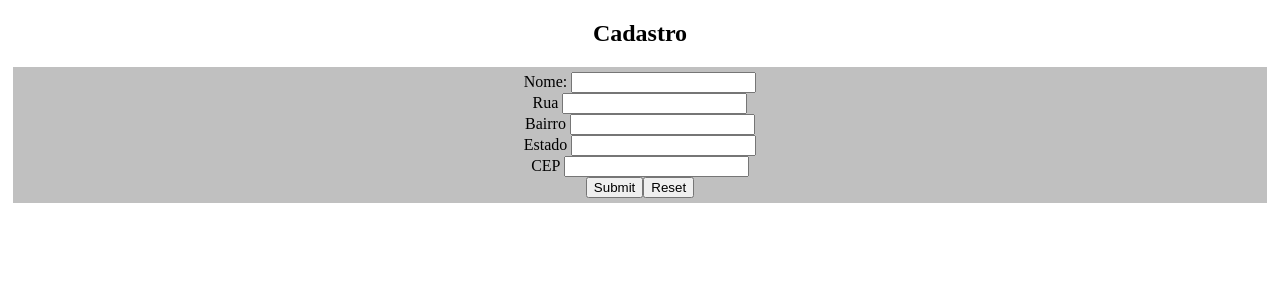
Repository: ViniciusyLima/SpringToolSuite4
Page: http://localhost/aula05/Cadastro.jsp
The author's editor kept a copy of each file at every save. The page is drawn from the files as they stood at one save, then again after the next save.
The browser window is 1280 px wide. The pictures show the whole page.
The page is served by Tomcat 9.

Above is the page before, as saved 2023-09-06 12:22:16.

### aula05/src/main/webapp/Cadastro.jsp
<%@ page language="java" contentType="text/html; charset=ISO-8859-1"
    pageEncoding="UTF-8"%>
<!DOCTYPE html>
<html>
<head>
<meta charset="UTF-8">
<title>CADASTRO</title>
</head>
<link rel= stylesheet type= text/css href=Style.css>
<body>
<h2>Cadastro</h2>
	<div  class="texto">
	<form action="lista.jsp">
	<label>Nome:</label>
	<input type="text" name="nome" id="nome">
	<br>
	<label>Rua</label>
	<input type="text" name="rua" id="rua">
	<br>
	<label>Bairro</label>
	<input type="text" name="bairro" id="bairro">
	<br>
	<label>Estado</label>
	<input type="text" name="estado" id="estado">
	<br>
	<label>CEP</label>
	<input type="text" name="cep" id="cep">
	<br>
	<input type="submit"><input type="reset">
	</form>
	</div>
</body>
</html>

### aula05/src/main/webapp/Style.css
@charset "UTF-8";

.texto {
	display: block;
	flex-direction: column;
	text-align: center;
	align-items: center;
	background-color: rgb(192, 192, 192);
	padding: 5px;
	margin: 5px;
}

h2 {
	text-align: center;
	text-shadow: 10px 10px 10px white;
}

After the next save:
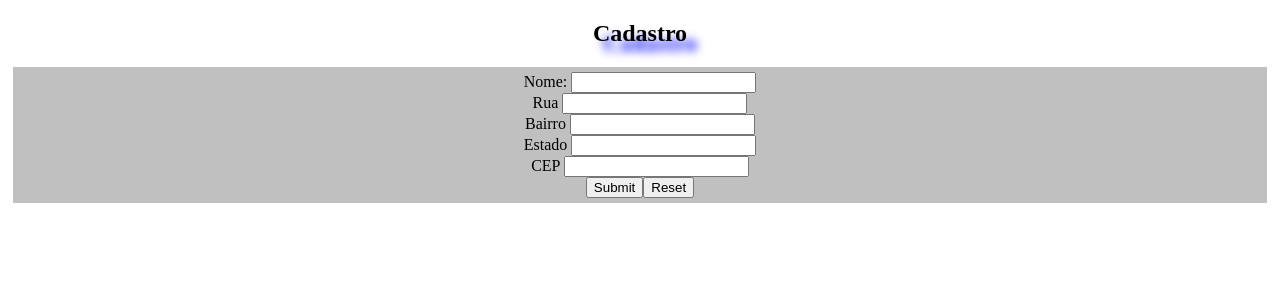
Saved 19 s later.
--- a/aula05/src/main/webapp/Style.css
+++ b/aula05/src/main/webapp/Style.css
@@ -12,5 +12,5 @@
 
 h2 {
 	text-align: center;
-	text-shadow: 10px 10px 10px white;
+	text-shadow: 10px 10px 10px rgb(0, 0, 255);
 }
